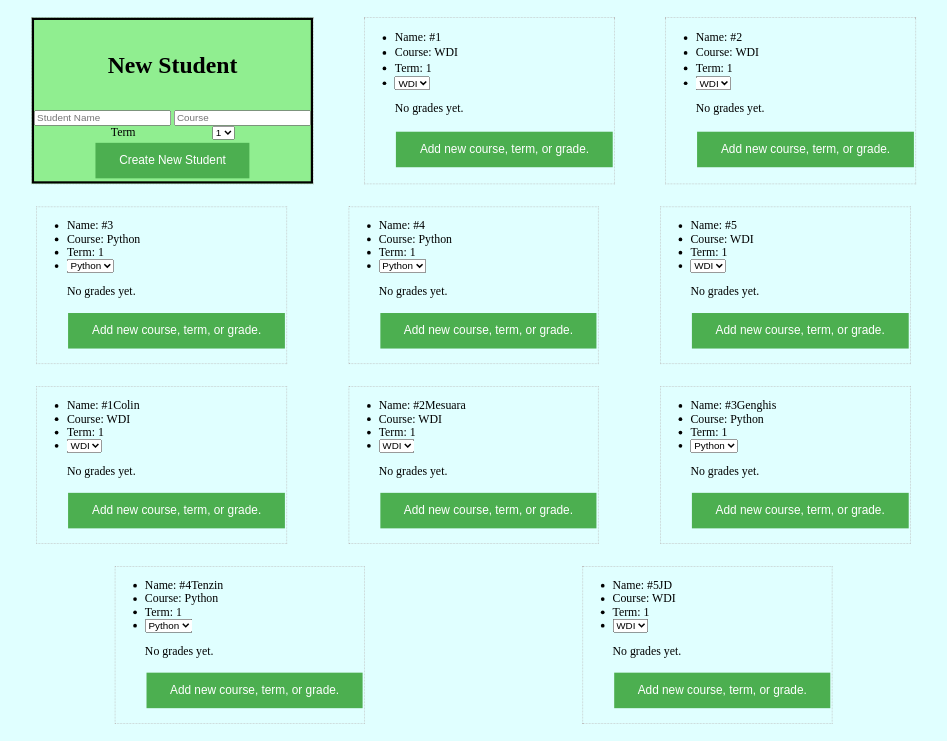
Repository: EdmontDantes/graderaide-ui
Page: index.html
An editor plug-in stored every save of this project. The page is shown before and after the next save, followed by the edit.
The browser window is 1280 px wide. The pictures show the whole page, at 74% of full size.

Above is the page before, as saved 2020-04-21 15:34:42.

After the next save:
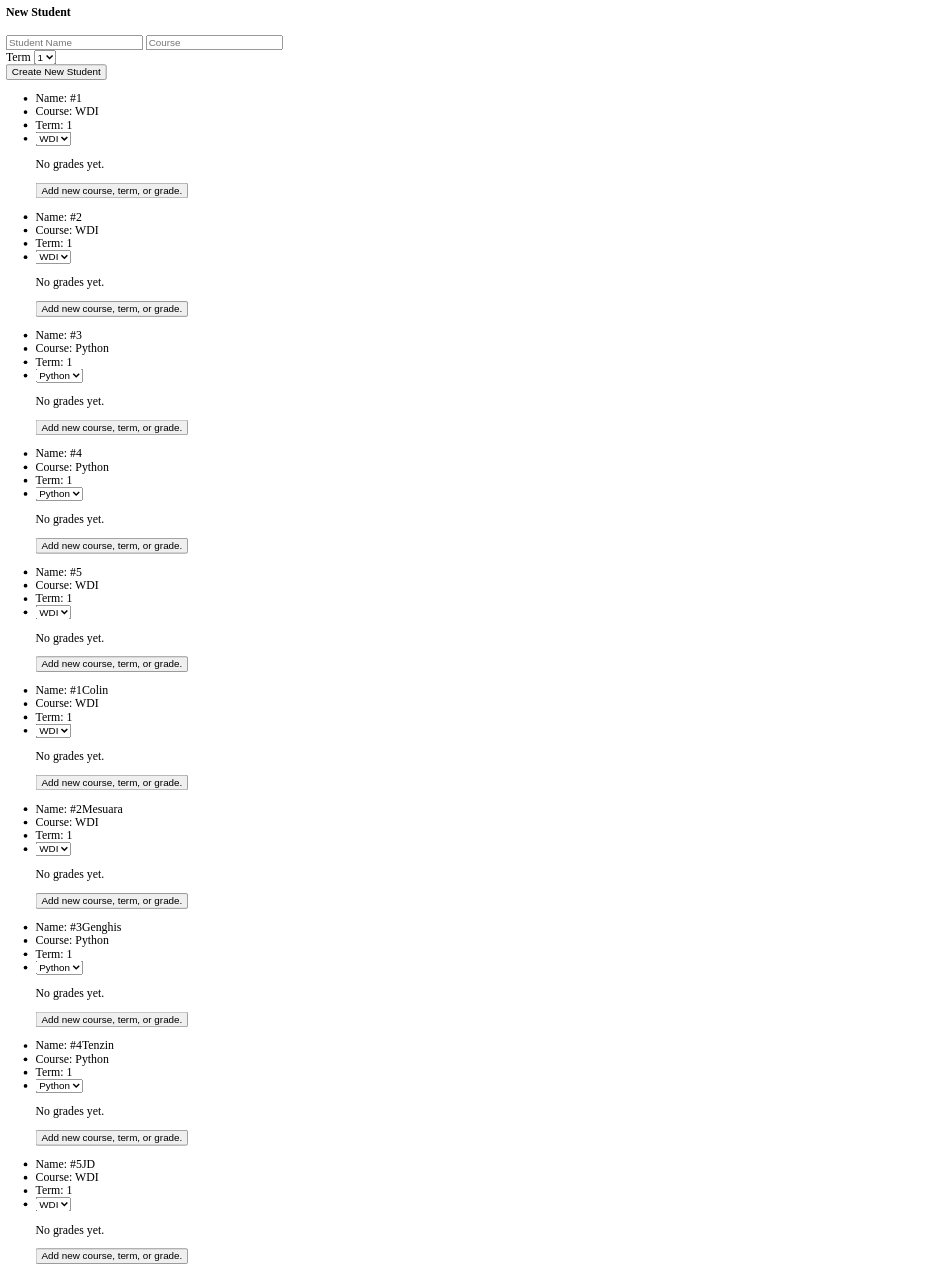
Not found: style-index.css.css
Saved 12 s later.
--- a/index.html
+++ b/index.html
@@ -3,7 +3,7 @@
     <title>Graderaide</title>
     <meta charset="UTF-8">
     <meta name="viewport" content="width=device-width, initial-scale=1">
-    <link rel="stylesheet" type="text/css" href="style.css">
+    <link rel="stylesheet" type="text/css" href="style-index.css.css">
   </head>
 
   <body>

After the save that followed:
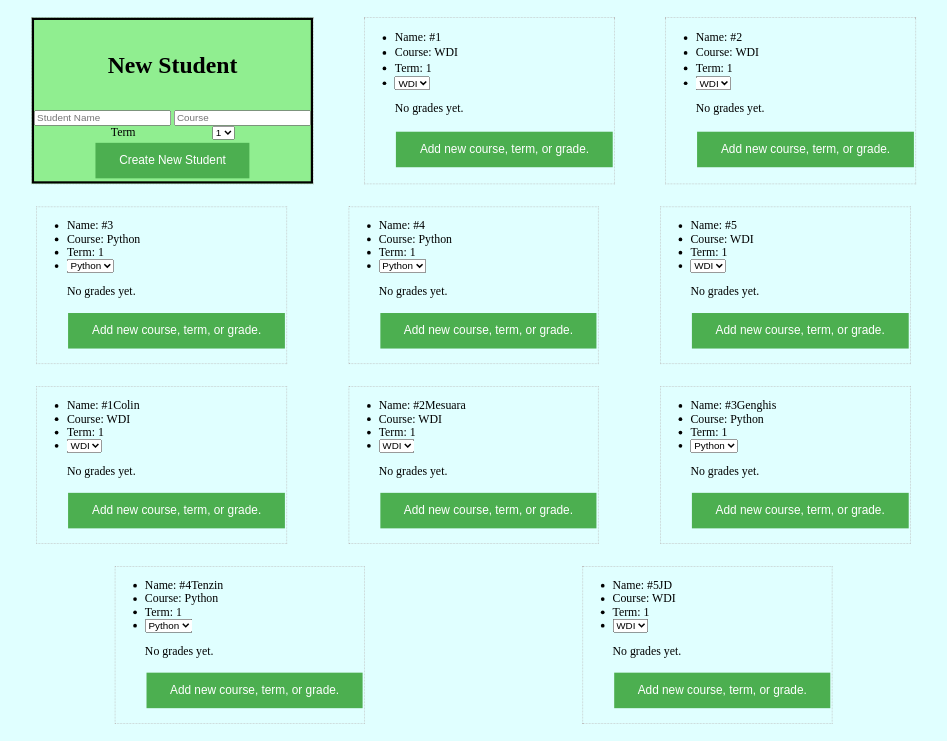
Saved 5 s later.
--- a/index.html
+++ b/index.html
@@ -3,7 +3,7 @@
     <title>Graderaide</title>
     <meta charset="UTF-8">
     <meta name="viewport" content="width=device-width, initial-scale=1">
-    <link rel="stylesheet" type="text/css" href="style-index.css.css">
+    <link rel="stylesheet" type="text/css" href="style-index.css">
   </head>
 
   <body>
